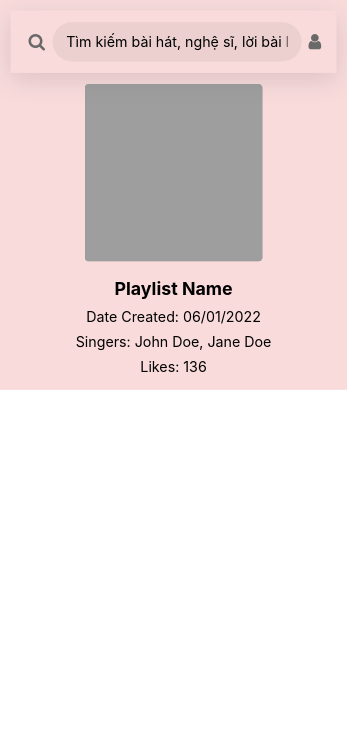
Repository: kauittt/Mobile
Screen: /
The author's editor kept a copy of each file at every save. The screen is drawn from the files as they stood at one save, then again after the next save.
The pictures are shown at 89% of full size.
Pictures or frames that could not be fetched are drawn as grey boxes. The app was drawn by React Native's web renderer in a window 390 px wide. The project was rebuilt for these pictures with package versions that can differ from the ones it lists, and the page was loaded fresh each time.

Above is the screen before, as saved 2023-05-02 21:15:40.

After the next save:
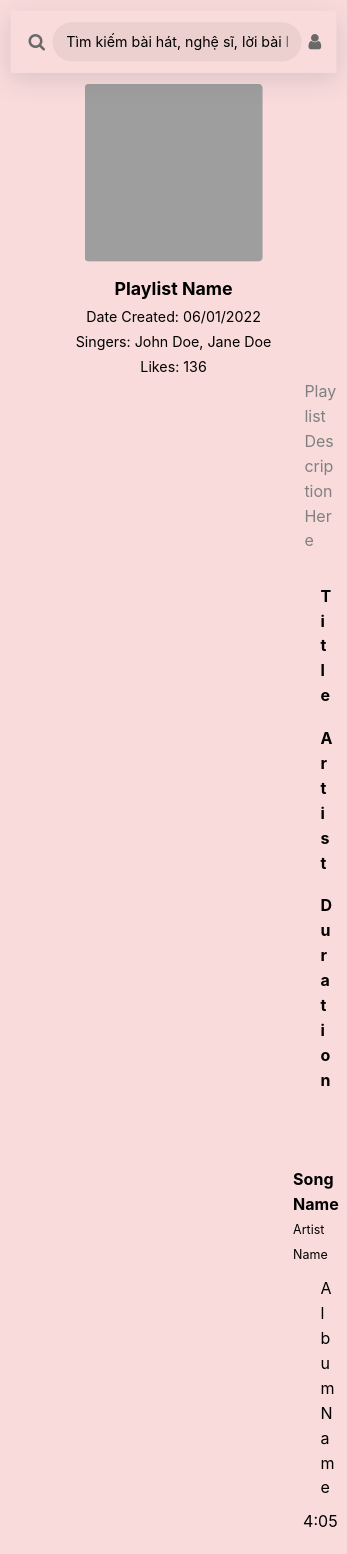
Saved 32 s later.
--- a/components/Playlist/Playlist.jsx
+++ b/components/Playlist/Playlist.jsx
@@ -9,6 +9,7 @@ const Playlist = () => {
   return (
     <ScrollView style={styles.listSong}>
       <Header />
+
       <View style={styles.listSongInfor}>
         <View style={styles.listSongInforImg}>
           <Image
@@ -25,6 +26,40 @@ const Playlist = () => {
         </Text>
         <Text style={styles.listSongInfor__liked}>Likes: 136</Text>
       </View>
+
+      <View style={styles.listSongContent}>
+        <Text style={styles.listSongContent__desc}>
+          Playlist Description Here
+        </Text>
+        <View style={styles.listSongContentList}>
+          <View style={styles.listSongContentListHeading}>
+            <Text style={styles.listSongContentListHeading__title}>Title</Text>
+            <Text style={styles.listSongContentListHeading__title}>Artist</Text>
+            <Text style={styles.listSongContentListHeading__title}>
+              Duration
+            </Text>
+          </View>
+          <View style={styles.generalItem}>
+            <View style={styles.generalItemInfor}>
+              <View style={styles.generalItemInforImg}>
+                <Image
+                  source={require('path/to/image')}
+                  style={styles.generalItemInforImgImg}
+                />
+              </View>
+              <View style={styles.generalItemInforSong}>
+                <Text style={styles.generalItemInforSong__name}>Song Name</Text>
+                <Text style={styles.generalItemInforSong__singer}>
+                  Artist Name
+                </Text>
+              </View>
+            </View>
+            <Text style={styles.generalItem__album}>Album Name</Text>
+            <Text style={styles.generalItem__time}>4:05</Text>
+          </View>
+          {/* Render more songs here */}
+        </View>
+      </View>
     </ScrollView>
   );
 };
